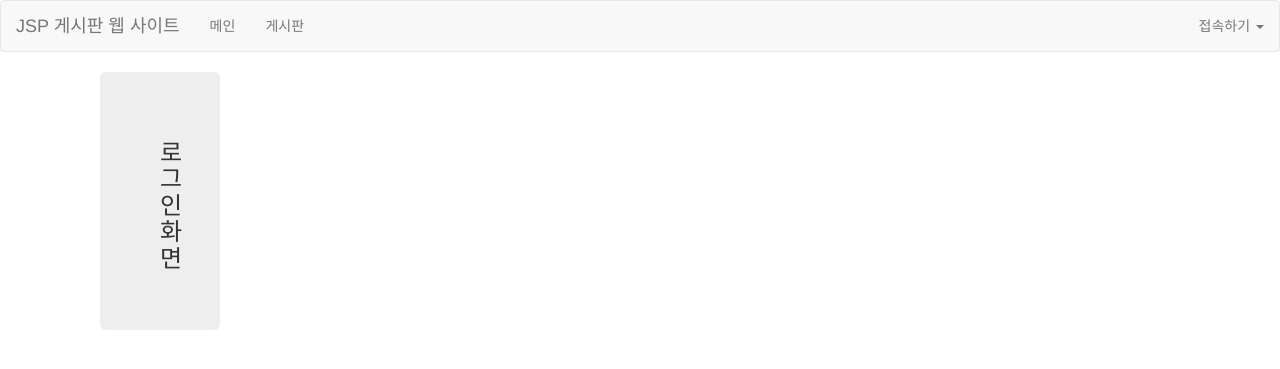
Repository: GorillaDunk/JSP
Page: http://localhost/BBS/login.jsp
An editor plug-in stored every save of this project. The page is shown before and after the next save, followed by the edit.
The browser window is 1280 px wide. The pictures show the whole page.
Some web libraries are served in a nearby version. The page is served by Tomcat 9.

Above is the page before, as saved 2023-10-14 04:28:18.

After the next save:
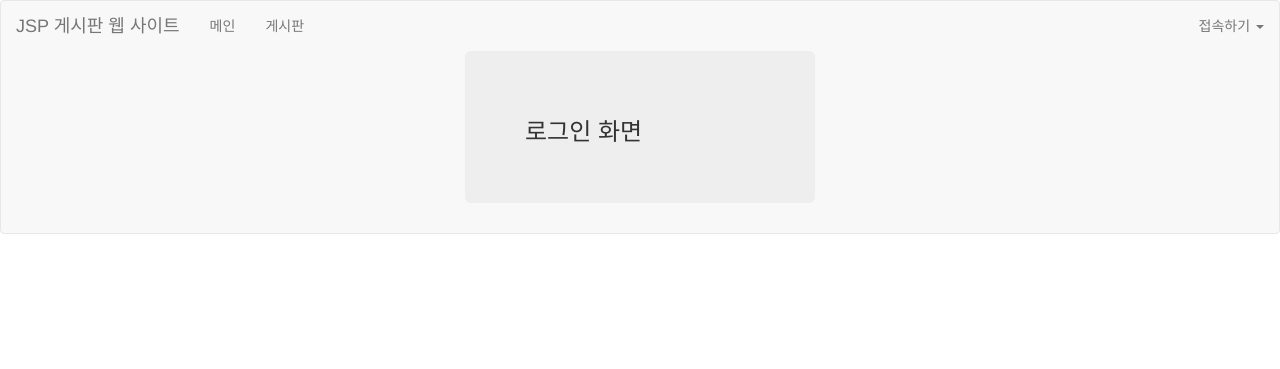
Saved 3 min 18 s later.
--- a/projects/BBS/src/main/webapp/login.jsp
+++ b/projects/BBS/src/main/webapp/login.jsp
@@ -42,10 +42,9 @@
 				</li>
 			</ul>
 		</div>
-	</nav>
 
 	<div class="container">
-		<div class="col-lg-4">
+		<div class="col-lg-4"></div>
 			<div class="col-lg-4">
 				<div class="jumbotron" style="padding=top:20px;">
 					<form method="post" action="loginAction.jsp">
@@ -56,8 +55,12 @@
 					</form>
 				</div>
 			</div>
-		</div>
 	</div>
+
+
+
+	</nav>
+
 
 	<script src="https://code.jquery.com/jquery-3.1.1.min.js"></script>
 	<script src="js/bootstrap.js"></script>
